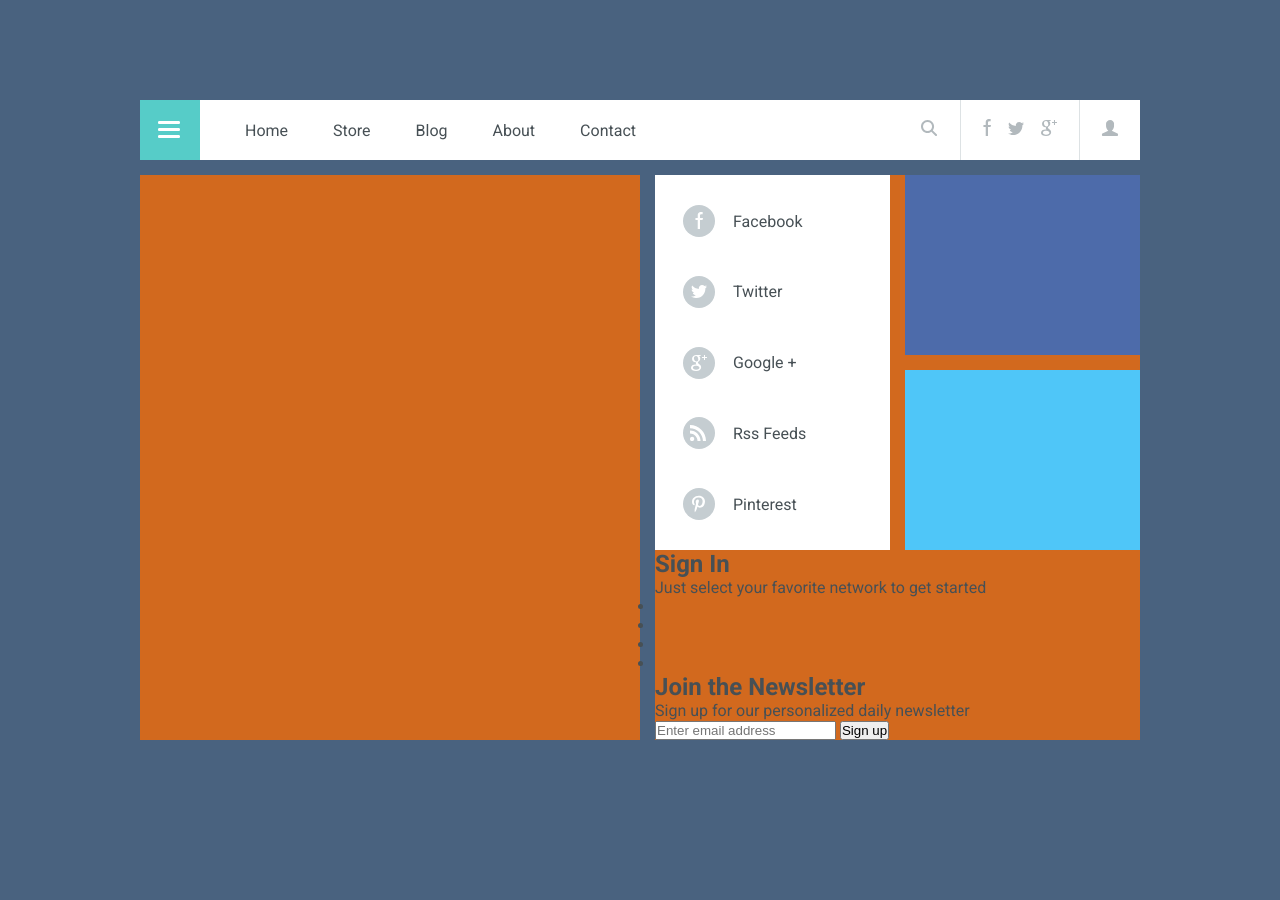
Repository: pawelczubak/WeeklyWebDevChallenge
Page: Challenge_4/index.html
These files come from the project's save history. The page is drawn as it stood at one moment and after the next save; the edit follows.
The browser window is 1280 px wide. The pictures show the whole page.
Some web libraries are served in a nearby version.

Above is the page before, as saved 2020-04-27 20:50:50.

After the next save:
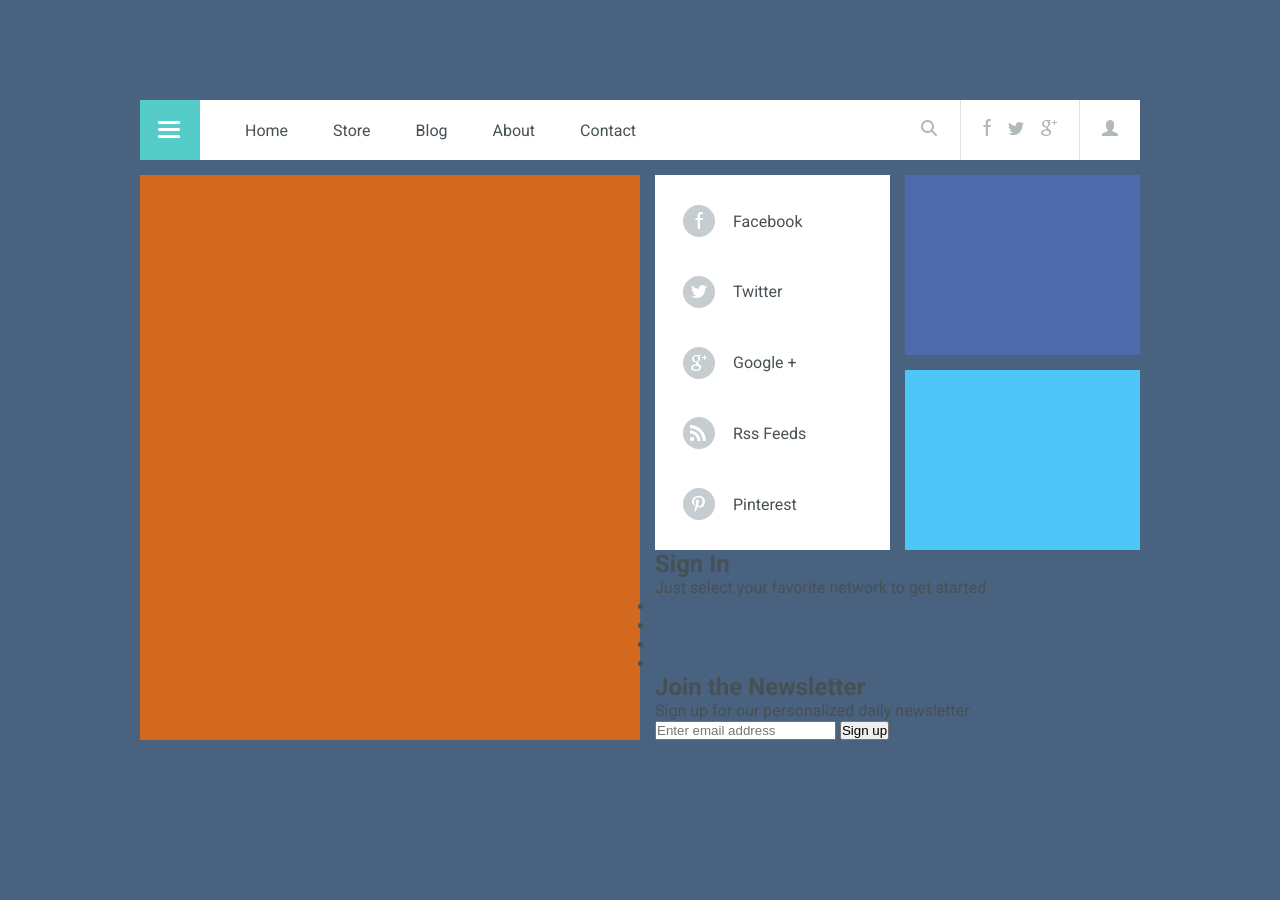
Saved 3 min 4 s later.
--- a/Challenge_4/css/main.css
+++ b/Challenge_4/css/main.css
@@ -136,7 +136,7 @@ body {
 .menu-section {
     width: 50%;
     /*    !!!!!!!!!!  ONLY FOR TEST !!!!!! */
-    min-heignt: 500px;
+
     background-color: chocolate;
 }
 
@@ -146,7 +146,7 @@ body {
     width: calc(50% - 15px);
     margin-left: 15px;
 
-    background-color: chocolate;
+
 
 }
 
